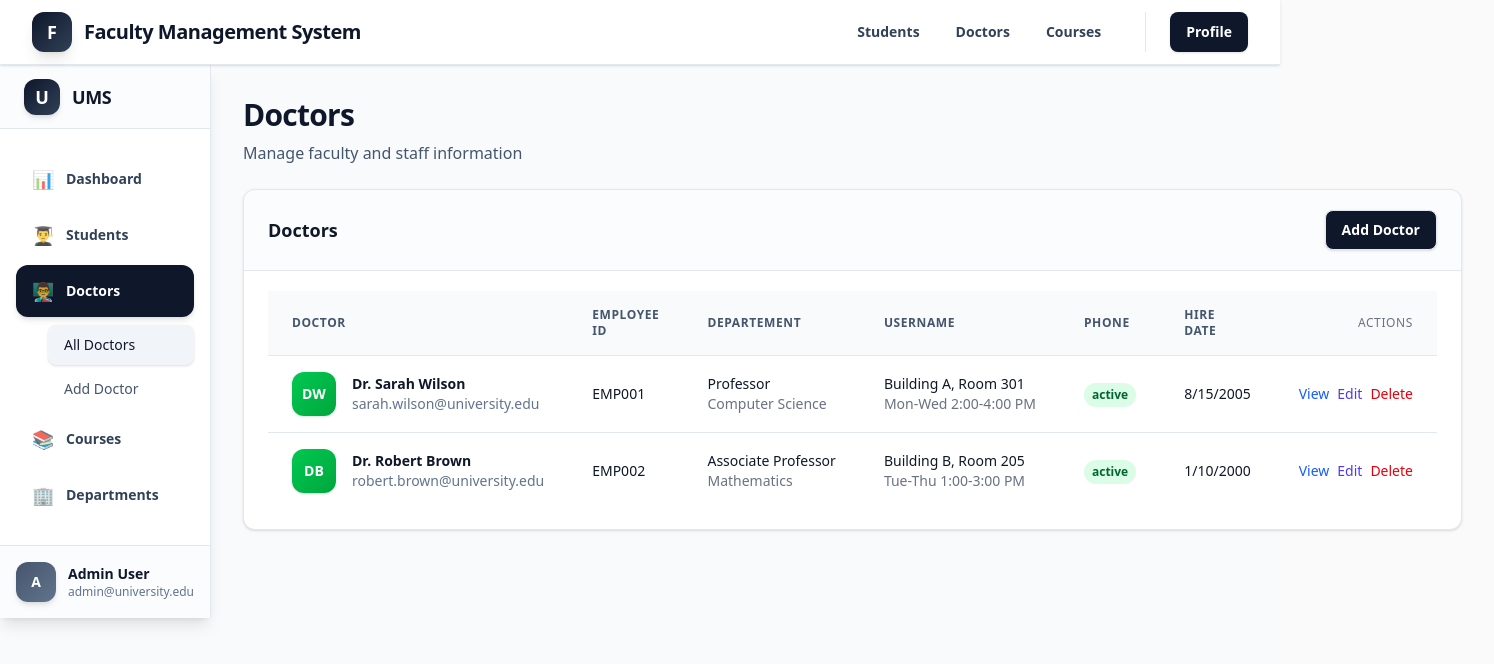
Repository: Mohamedmohsen179/Advanced-DB-Task
Page: /doctors (app in frontend/)
An editor plug-in stored every save of this project. The page is shown before and after a run of saves, followed by the edit.
The browser window is 1280 px wide. The page is 1494 px wide, then 1455 px, so the pictures cover 1494 px, including what lies to the right of the window. The pictures show the whole page.
The page's requests for data from a server got no answer. The project was rebuilt for these pictures with package versions that can differ from the ones it lists, and the page was loaded fresh each time. The framework's server and built-in components were replaced by stand-ins that run in the browser. No one was signed in, and anything a server would have sent is missing. Also part of the build but not shown: frontend/next.config.ts.

Above is the page before, as saved 2025-11-28 16:39:07.

After the next 2 saves:
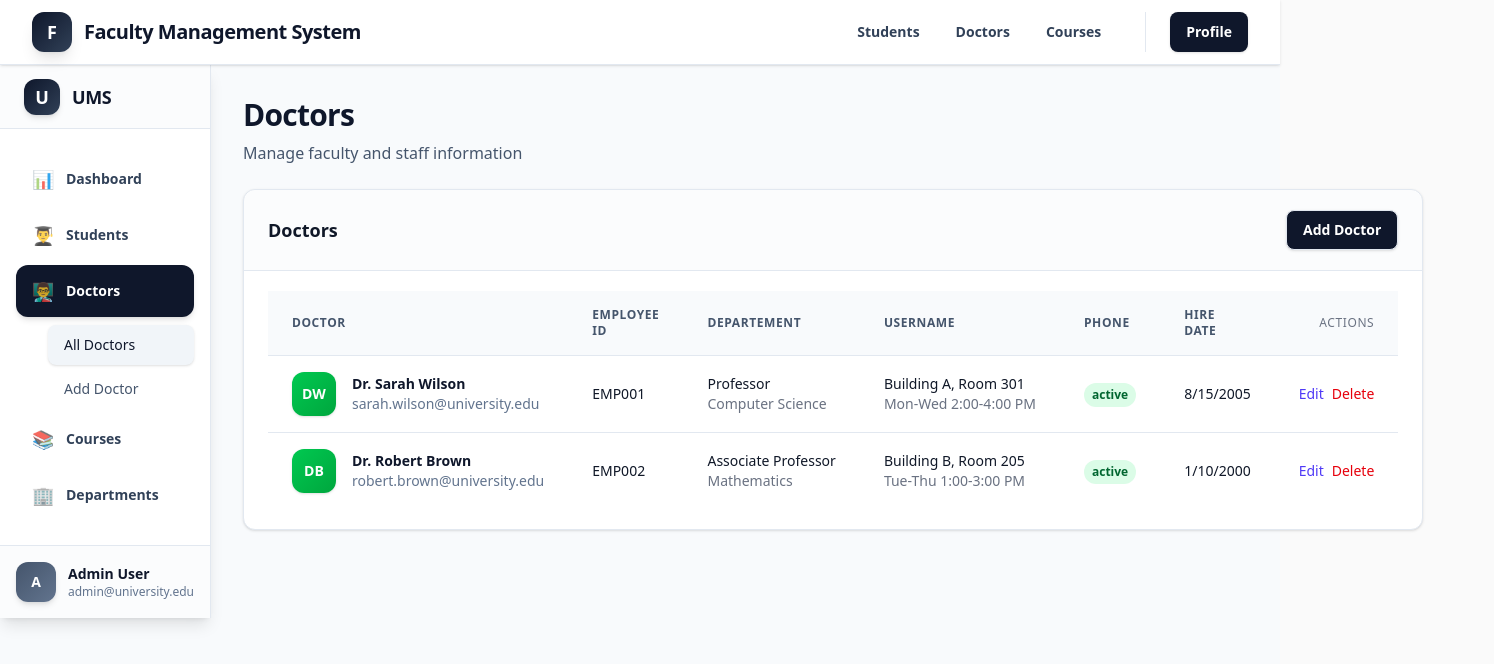
The 2 saves are shown as one change because 1 did not build or start.
The last was saved 6 min 44 s later.
--- a/frontend/components/doctors/DoctorTable.tsx
+++ b/frontend/components/doctors/DoctorTable.tsx
@@ -86,6 +86,7 @@ export default function DoctorTable({
                 </th>
               </tr>
             </thead>
+
             <tbody className="bg-white divide-y divide-slate-200">
               {doctors.map((doctor) => (
                 <tr key={doctor.id} className="hover:bg-slate-50 transition-colors duration-150">
@@ -135,12 +136,7 @@ export default function DoctorTable({
                     {new Date(doctor.hireDate).toLocaleDateString()}
                   </td>
                   <td className="px-6 py-4 whitespace-nowrap text-right text-sm font-medium space-x-2">
-                    <Link
-                      href={`/doctors/${doctor.id}`}
-                      className="text-blue-600 hover:text-blue-900"
-                    >
-                      View
-                    </Link>
+
                     {onEdit && (
                       <button
                         onClick={() => onEdit(doctor)}
